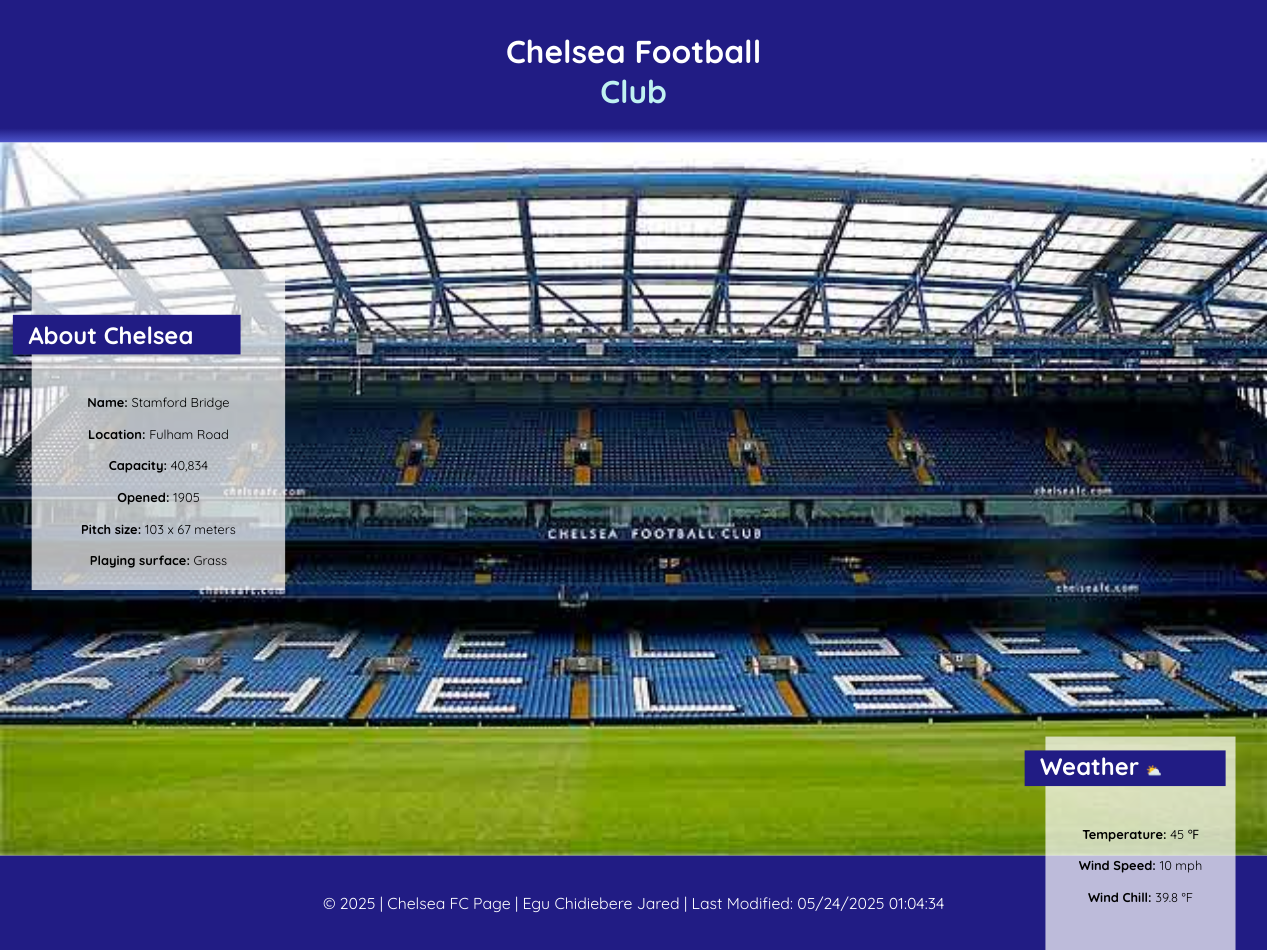
Repository: EguJaredoBoyd/wdd131
Page: place.html
An editor plug-in stored every save of this project. The page is shown before and after the next save, followed by the edit.
The browser window is 1280 px wide. The pictures show the whole page, at 99% of full size.
Some web libraries are served in a nearby version.

Above is the page before, as saved 2025-05-26 21:26:14.

After the next save:
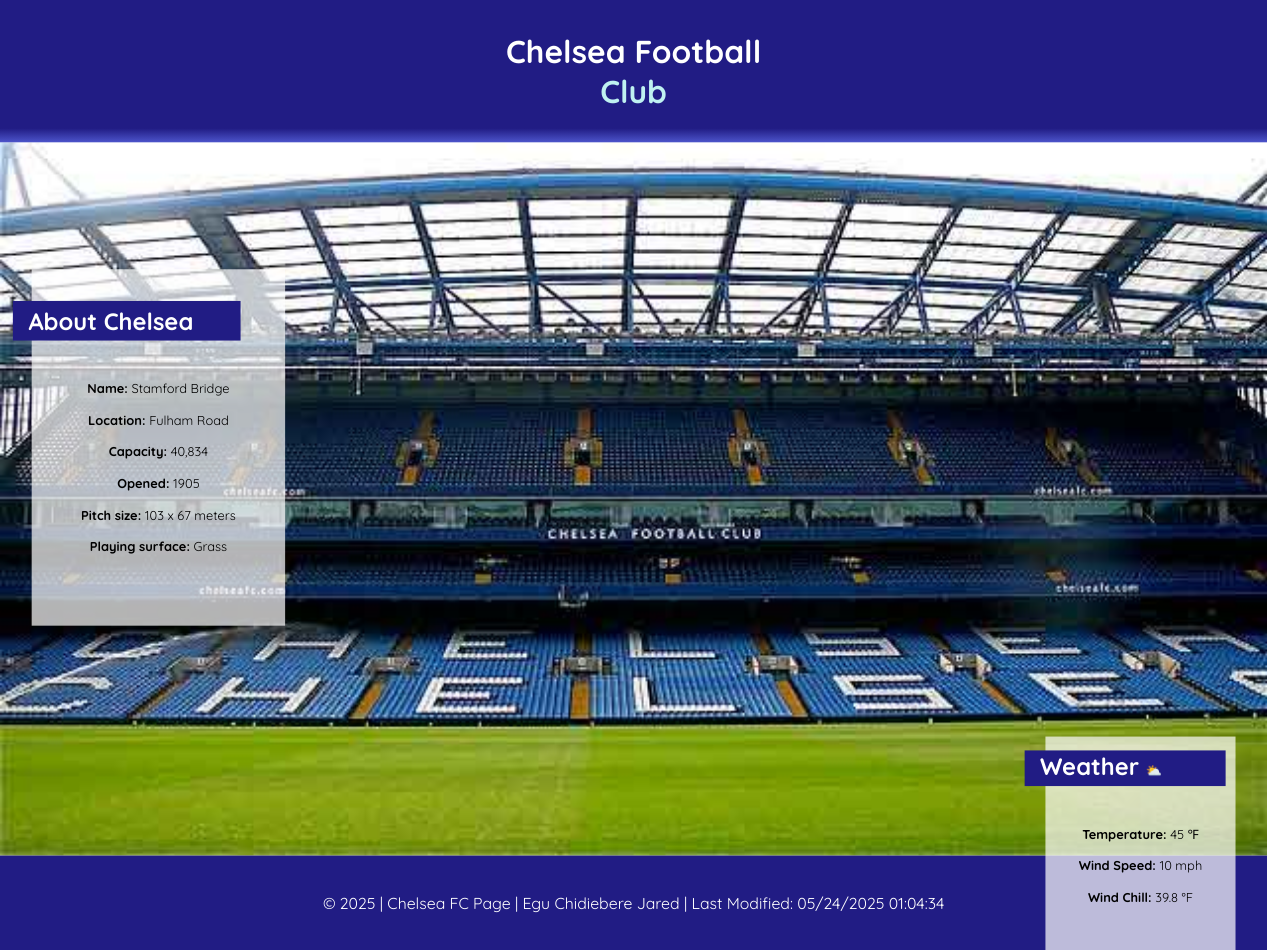
Saved 37 s later.
--- a/styles/place-large.css
+++ b/styles/place-large.css
@@ -6,7 +6,7 @@
         position: absolute;
         background-color: rgba(255, 255, 255, 0.7);
         width: 20vw;
-        height: 45vh;
+        height: 50vh;
         top: 15rem;
         left: 2rem;
     }
@@ -17,6 +17,7 @@
     }
     .info h2{
         margin-bottom: 2rem;
+        margin-top: -2rem;
         background-color: var(--primary-color);
         color: white;
         margin-left: -4rem;
